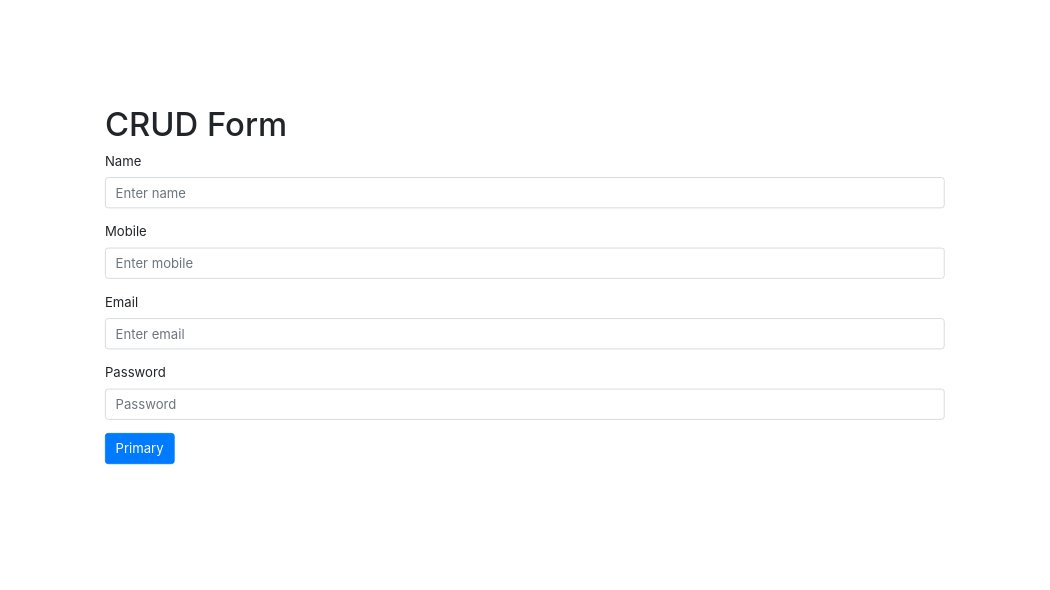
Repository: lalji-yadav/Register-Login-and-CRUD-using-token-and-Without-token-based
Page: /
The author's editor kept a copy of each file at every save. The page is drawn from the files as they stood at one save, then again after the next save.
The browser window is 1280 px wide. The pictures show the whole page, at 82% of full size.
The project was rebuilt for these pictures with package versions that can differ from the ones it lists, and the page was loaded fresh each time. Also part of the build but not shown: src/App.css, src/auth/login.js.

Above is the page before, as saved 2021-02-01 18:43:19.

After the next save:
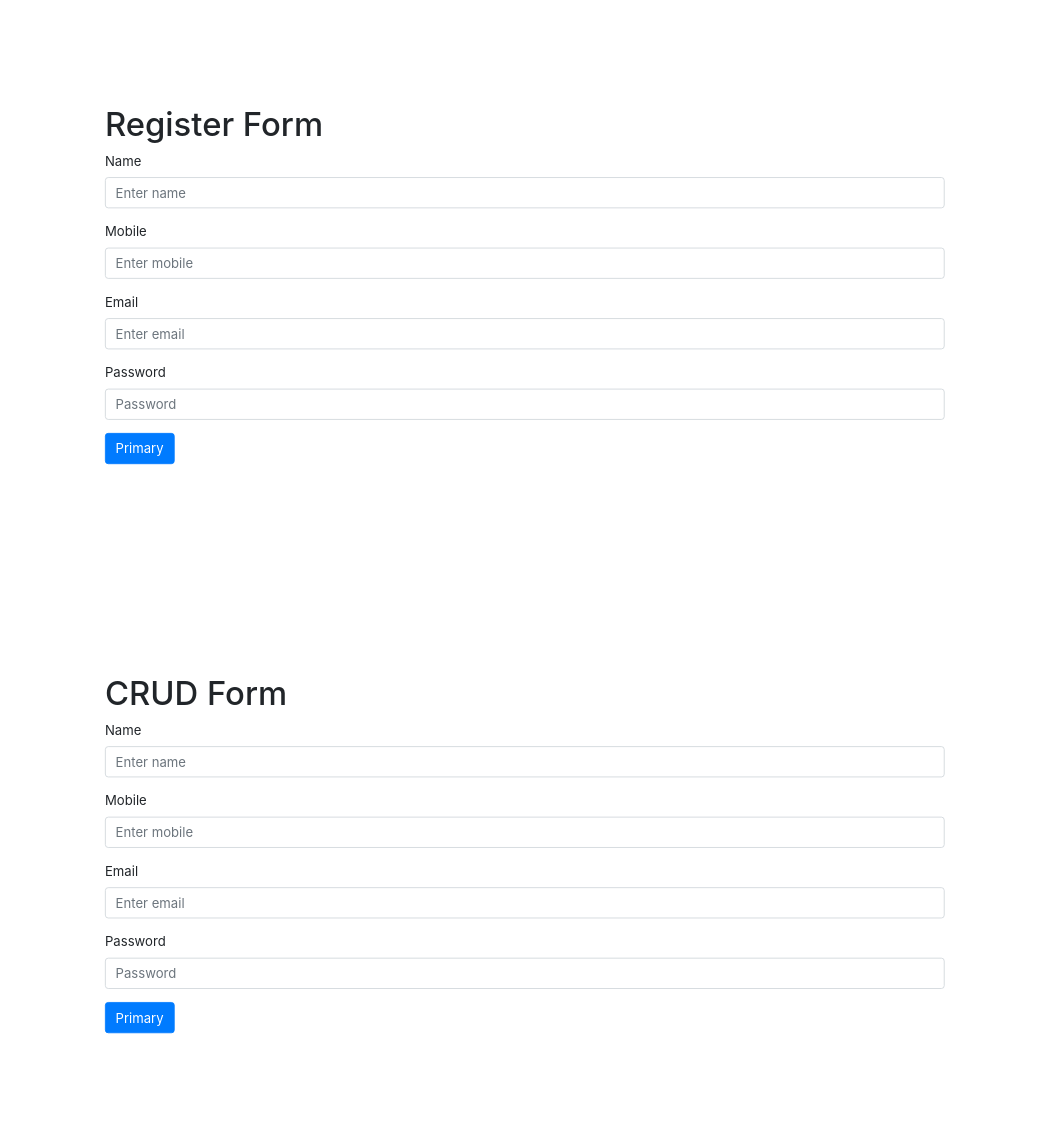
Saved 8 min 32 s later.
--- a/src/App.js
+++ b/src/App.js
@@ -3,10 +3,22 @@ import './App.css';
 import Login from "./auth/login";
 import Register from "./auth/register";
 import Reg from "./components/reg";
+import {
+  BrowserRouter as Router,
+  Switch,
+  Route,
+  Link
+} from "react-router-dom";
 
 function App() {
   return (
     <div>
+      <Router>
+        <Switch>
+           <Route path="/" component={Register} />
+           <Route path="/login" component={Login} />
+        </Switch>
+      </Router>
        {/* <Register /> */}
        {/* <Login /> */}
        <Reg />
